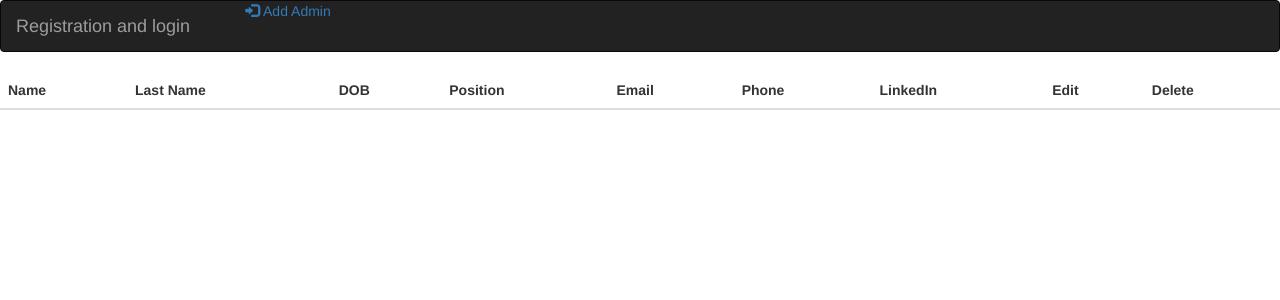
Repository: vinayvinay25794/RegistrationDemo
Page: http://localhost/allRegistrations
The author's editor kept a copy of each file at every save. The page is drawn from the files as they stood at one save, then again after the next save.
The browser window is 1280 px wide. The pictures show the whole page.
The page is this project's Thymeleaf template; nobody is signed in. The template is opened directly, without the code that normally fills it, so the values that code supplies are empty.

Above is the page before, as saved 2021-03-18 07:09:56.

### Hibernate/src/main/resources/templates/allRegistrations.html
<!DOCTYPE html>
<html xmlns:th="http://www.thymeleaf.org">
<head>
<meta charset="ISO-8859-1">
<title>Registration</title>
<link rel="stylesheet" href="https://maxcdn.bootstrapcdn.com/bootstrap/3.3.7/css/bootstrap.min.css" integrity="sha384-BVYiiSIFeK1dGmJRAkycuHAHRg32OmUcww7on3RYdg4Va+PmSTsz/K68vbdEjh4u" crossorigin="anonymous">

</head>
<body>



	<nav class="navbar navbar-inverse">
	  <div class="container-fluid">
	    <div class="navbar-header">
	      <button type="button" class="navbar-toggle " data-toggle="collapse" data-target="#navbar" arira-expanded="false" aria-contriols="navbar">
	        <span class="icon-bar"></span>
	        <span class="icon-bar"></span>
	        <span class="icon-bar"></span>
	      </button>
	      <a class="navbar-brand" href="#" th:href="@{/}">Registration and login</a>
	      <div class="nav navbar-nav navbar-right">
	      <div class="col-md-1000 col-md-offset-500">
					<span><a href="/" th:href="@{/registration}">
					<span class="glyphicon glyphicon-log-in" aria-hidden="true"></span>&nbsp;Add Admin
					</a></span>
					</div>
				</div>

				<div id="navbar" class="nav navbar-nav navbar-right">
				<ul >

					<li sec:authorize="isAuthenticated()"><a th:href="@{/logout}">
					<span class="glyphicon glyphicon-log-in" aria-hidden="true"></span>&nbsp;Logout
					</a></li>
				</ul>
			</div>
	    </div>
	   </div>


	</nav>

	<table class="table table-hover">
    <thead>
        <tr>
            <th> Name </th>
           <th> Last Name </th>
            <th> DOB </th>
            <th> Position </th>
            <th> Email </th>
            <th> Phone </th>
            <th> LinkedIn </th>
            <th> Edit </th>
            <th> Delete </th>
        </tr>
    </thead>
    <tbody>
        <tr th:each="emp : ${allEmps}">
            <td><span th:text="${emp.firstName}"> firstName </span></td>
            <td><span th:text="${emp.lastName}"> lastName </span></td>
            <td><span th:text="${emp.dateOfBirth}"> dateOfBirth </span></td>
            <td><span th:text="${emp.applyingForPosition}"> applyingForPosition </span></td>
            <td><span th:text="${emp.emailId}"> emailId </span></td>
            <td><span th:text="${emp.phone}"> phone </span></td>
            <td><span th:text="${emp.LinkedIn}"> LinkedIn </span></td>
         	<td><a th:href="@{/edit/{id}(id=${emp.id})}">Edit</a></td>
            <td><a th:href="@{/delete/{id}(id=${emp.id})}">Delete</a></td>

        </tr>
    </tbody>
</table>


				<!--  <div>
					<span><a href="/" th:href="@{/registration}">Add Admin</a></span>
				</div>-->
				<!--  <div id="navbar" class="collapse navbar-collapse">
				<ul class="nav navbar-nav">
					<li sec:authorize="isAuthenticated()"><a th:href="@{/logout}">Logout</a></li>
				</ul>
			</div>-->
			<!--  <div id="navbar" class="collapse navbar-collapse">
				<ul class="nav navbar-nav">
					<li sec:authorize="isAuthenticated()"><a th:href="@{/logout}">Logout</a></li>
				</ul>
			</div>-->

</body>
</html>

After the next save:
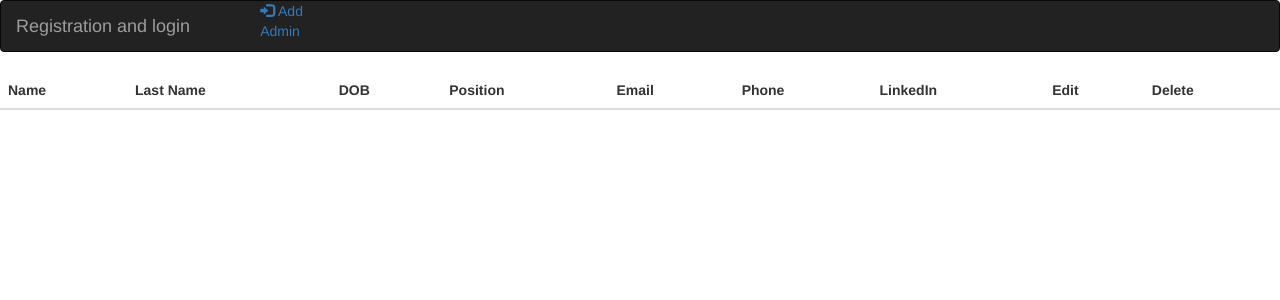
Saved 64 s later.
--- a/Hibernate/src/main/resources/templates/allRegistrations.html
+++ b/Hibernate/src/main/resources/templates/allRegistrations.html
@@ -20,7 +20,7 @@
 	      </button>
 	      <a class="navbar-brand" href="#" th:href="@{/}">Registration and login</a>
 	      <div class="nav navbar-nav navbar-right">
-	      <div class="col-md-1000 col-md-offset-500">
+	      <div class="col-md-10 col-md-offset-500">
 					<span><a href="/" th:href="@{/registration}">
 					<span class="glyphicon glyphicon-log-in" aria-hidden="true"></span>&nbsp;Add Admin
 					</a></span>
